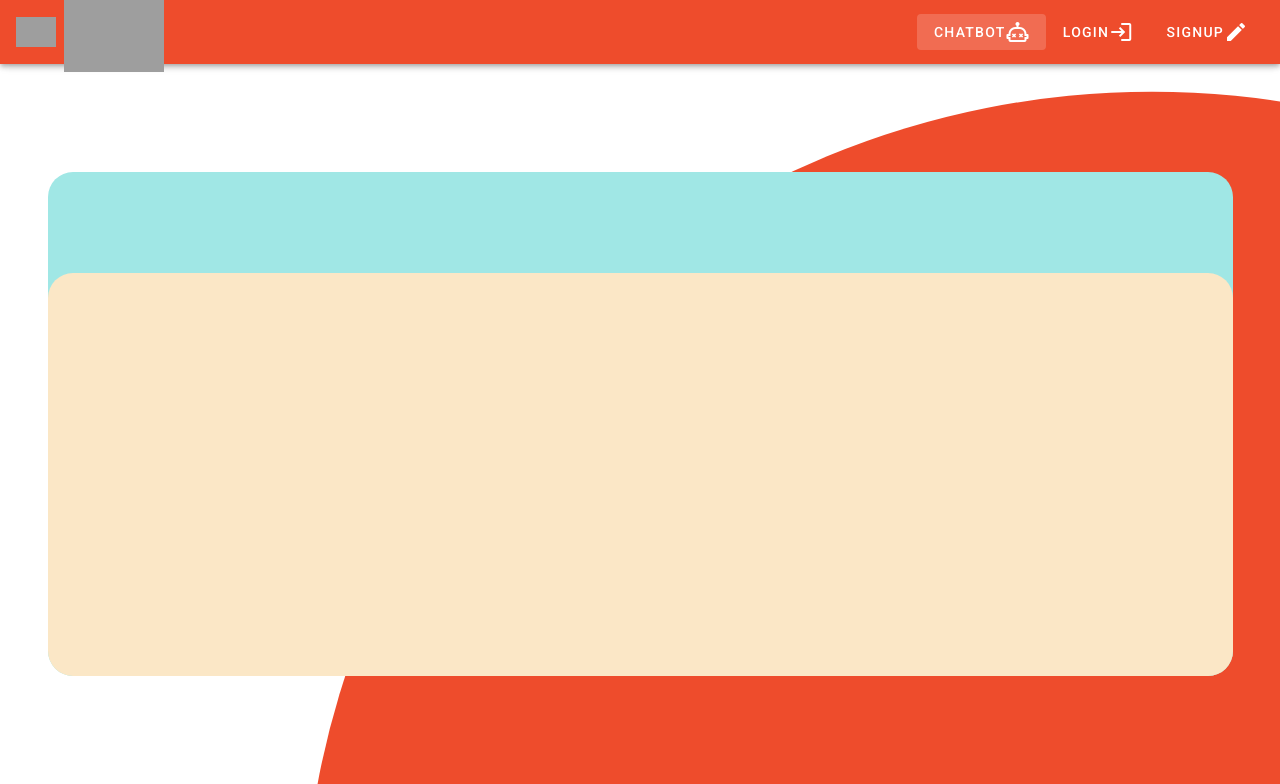
Repository: atout811/pyTorch-Hackathon
Page: /chatbot (app in frontend/)
These files come from the project's save history. The page is drawn as it stood at one moment and after the next save; the edit follows.
The browser window is 1280 px wide. The pictures show the whole page.
Pictures or frames that could not be fetched are drawn as grey boxes. The project was rebuilt for these pictures with package versions that can differ from the ones it lists, and the page was loaded fresh each time. Also part of the build but not shown: frontend/vue.config.js, frontend/src/views/Home.vue.

Above is the page before, as saved 2021-10-21 14:57:27.

### frontend/src/main.js
import Vue from 'vue'
import App from './App.vue'
import './registerServiceWorker'
import router from './router'
import store from './store'
import vuetify from './plugins/vuetify'
import instance from './plugins/axios'

Vue.config.productionTip = false
Vue.prototype.$axios = instance;

new Vue({
  router,
  store,
  vuetify,
  render: function (h) { return h(App) }
}).$mount('#app')

### frontend/src/App.vue
<template>
  <v-app>
    <v-app-bar app color="primary" dark>
      <div class="d-flex align-center">
        <v-img
          alt="Vuetify Logo"
          class="shrink mr-2"
          contain
          src="https://cdn.vuetifyjs.com/images/logos/vuetify-logo-dark.png"
          transition="scale-transition"
          width="40"
        />

        <v-img
          alt="Vuetify Name"
          class="shrink mt-1 hidden-sm-and-down"
          contain
          min-width="100"
          src="https://cdn.vuetifyjs.com/images/logos/vuetify-name-dark.png"
          width="100"
        />
      </div>

      <v-spacer></v-spacer>
      <v-btn to="/chatbot" text>
        <v-text>Chatbot</v-text>
        <v-icon>mdi-robot-dead-outline</v-icon>
      </v-btn>
      <v-btn to="/login" text>
        <v-text>Login</v-text>
        <v-icon>mdi-login</v-icon>
      </v-btn>
      <v-btn to="/signup" text>
        <v-text>Signup</v-text>
        <v-icon>mdi-pencil</v-icon>
      </v-btn>
    </v-app-bar>

    <v-main class="bubble">
      <router-view />
    </v-main>
  </v-app>
</template>

<script>
export default {
  name: "App",

  data: () => ({
    //
  }),
};
</script>
<style>
.bubble::before {
  background-color: var(--v-primary-base);
  clip-path: circle(80% at 90% 120%);
  width: 100%;
  height: 100%;
  content: "";
  position: absolute;
  box-sizing: none;
  top: 0;
  left: 0;
}
</style>

### frontend/src/router/index.js
import Vue from "vue";
import VueRouter from "vue-router";
import Home from "../views/Home.vue";

Vue.use(VueRouter);

const routes = [
  {
    path: "/",
    name: "Home",
    component: Home,
  },
  {
    path: "/about",
    name: "About",
    // route level code-splitting
    // this generates a separate chunk (about.[hash].js) for this route
    // which is lazy-loaded when the route is visited.
    component: function() {
      return import(/* webpackChunkName: "about" */ "../views/About.vue");
    },
  },
  {
    path: "/login",
    name: "Login",
    // route level code-splitting
    // this generates a separate chunk (Login.[hash].js) for this route
    // which is lazy-loaded when the route is visited.
    component: function() {
      return import(/* webpackChunkName: "Login" */ "../views/Login.vue");
    },
  },
  {
    path: "/signup",
    name: "Signup",
    // route level code-splitting
    // this generates a separate chunk (Signup.[hash].js) for this route
    // which is lazy-loaded when the route is visited.
    component: function() {
      return import(/* webpackChunkName: "Signup" */ "../views/Signup.vue");
    },
  },
  {
    path: "/chatbot",
    name: "chatbot",
    // route level code-splitting
    // this generates a separate chunk (Signup.[hash].js) for this route
    // which is lazy-loaded when the route is visited.
    component: function() {
      return import(/* webpackChunkName: "Signup" */ "../views/Chatbot.vue");
    },
  },
];

const router = new VueRouter({
  mode: "history",
  base: process.env.BASE_URL,
  routes,
});

export default router;

### frontend/src/plugins/vuetify.js
import Vue from 'vue';
import Vuetify from 'vuetify/lib/framework';

Vue.use(Vuetify);

export default new Vuetify({
    theme: {
        themes: {
            light: {
                primary: "#ee4c2c"
            }
        }, options: {
            customProperties: true
        },
    }
});

### frontend/src/plugins/axios.js
import axios from "axios";

const instance = axios.create({
    headers: {
        "Content-Type": "application/json"
    }
})

export default instance;

### frontend/src/views/Chatbot.vue
<template>
  <div class="baba">
    <div class="container">
      <div class="chat-container"></div>
    </div>
  </div>
</template>

<script>
export default {
  name: "chatbot",
  data() {
    return {
      chat: [],
    };
  },
};
</script>

<style>
.baba {
  height: 100vh;
  width: 100vw;
  display: flex;
}
.container {
  height: 70vh;
  width: 100vw;
  padding: 0;
  align-self: center;
  /* margin: 10px; */
  background-color: #a0e7e5;
  border-radius: 25px;
  display: flex;
  align-items: flex-end;
}
.chat-container {
  height: 80%;
  width: 100%;
  /* margin: 10px; */
  background-color: #fbe7c6;
  border-radius: 25px;
}
</style>

Loaded but not shown: frontend/public/index.html (common file); frontend/src/registerServiceWorker.js (common file); frontend/src/store/index.js (common file)

After the next save:
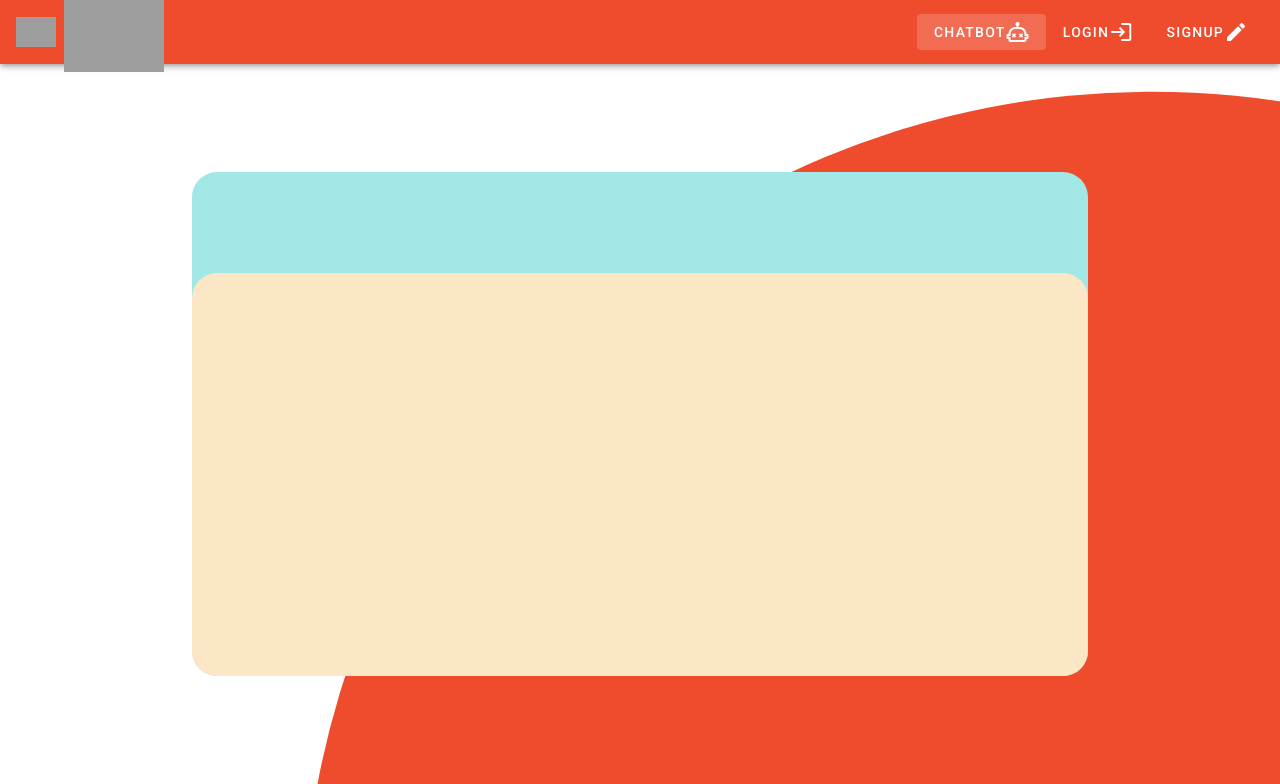
Saved 12 s later.
--- a/frontend/src/views/Chatbot.vue
+++ b/frontend/src/views/Chatbot.vue
@@ -25,7 +25,7 @@ export default {
 }
 .container {
   height: 70vh;
-  width: 100vw;
+  width: 70vw;
   padding: 0;
   align-self: center;
   /* margin: 10px; */
